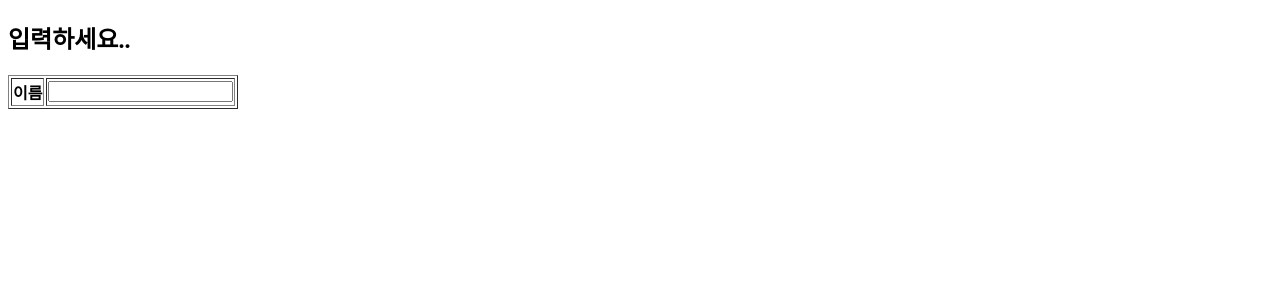
Repository: Mildous/HKIT-BackendClass
Page: http://localhost/jspExam/Q5_input.jsp
An editor plug-in stored every save of this project. The page is shown before and after the next save, followed by the edit.
The browser window is 1280 px wide. The pictures show the whole page.
The page is served by Tomcat 9.

Above is the page before, as saved 2022-08-25 05:27:18.

After the next save:
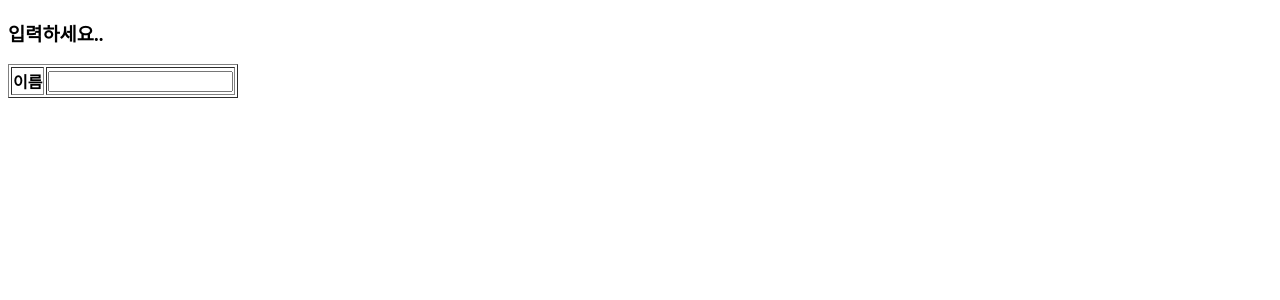
Saved 8 s later.
--- a/workspace/jsp/jspExam/WebContent/Q5_input.jsp
+++ b/workspace/jsp/jspExam/WebContent/Q5_input.jsp
@@ -8,7 +8,7 @@
 </head>
 <body>
 <form name="inputForm" method="post" action="Q4_output.jsp">
-<h2>입력하세요..</h2>
+<h3>입력하세요..</h3>
 <table border="1">
 	<tr>
 		<th>이름</th>
